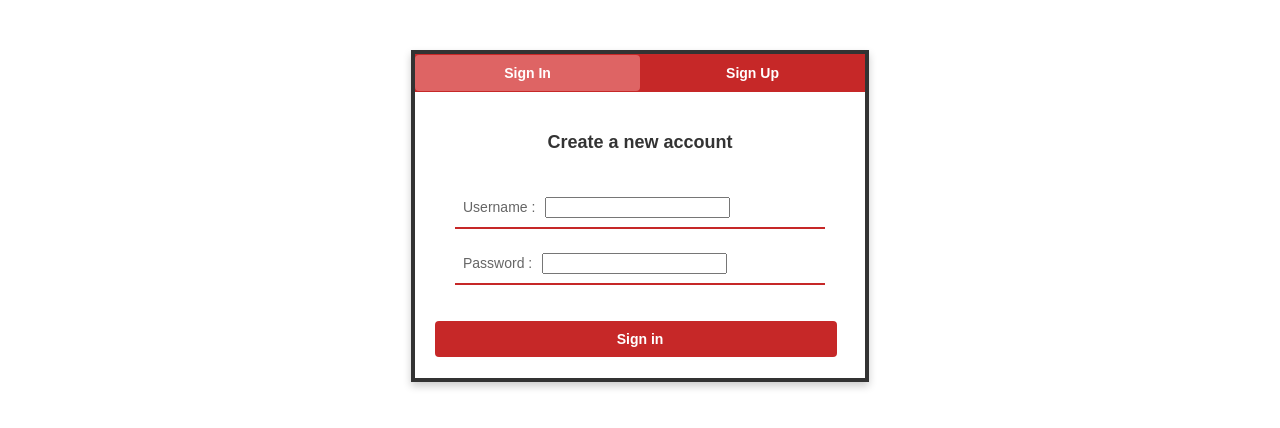
Repository: sebounti/holbertonschool-cinema-guru
Page: / (app in cinema-guru/)
The author's editor kept a copy of each file at every save. The page is drawn from the files as they stood at one save, then again after the next save.
The browser window is 1280 px wide. The pictures show the whole page.
The project was rebuilt for these pictures with package versions that can differ from the ones it lists, and the page was loaded fresh each time. Also part of the build but not shown: cinema-guru/src/routes/dashboard/dashboard.css, cinema-guru/src/components/navigation/navigation.css, cinema-guru/src/components/navigation/Header.js, cinema-guru/src/components/components.css, cinema-guru/src/components/Activity.js, cinema-guru/src/components/navigation/SideBar.js, cinema-guru/src/components/movies/movies.css, cinema-guru/src/components/movies/MovieCard.js and 9 more.

Above is the page before, as saved 2024-10-29 10:04:43.

After the next save:
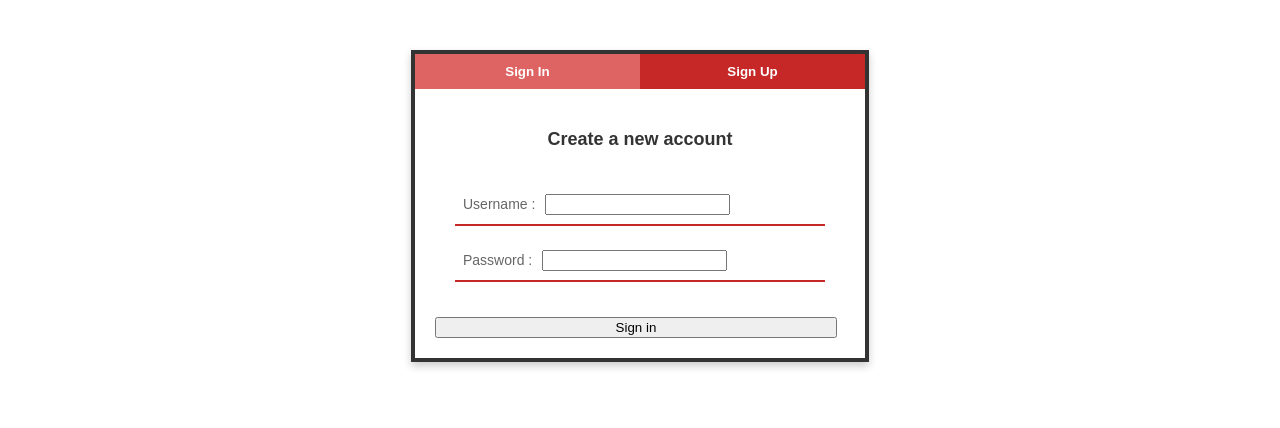
Saved 4 days later.
--- a/cinema-guru/src/components/general/Button.js
+++ b/cinema-guru/src/components/general/Button.js
@@ -1,21 +1,14 @@
-// src/components/general/Button.js
-import React from 'react';
-import PropTypes from 'prop-types';
-import './general.css';
+import React from "react";
+import "./general.css";
+import { FontAwesomeIcon } from "@fortawesome/react-fontawesome";
 
-export default function Button({ label, className, onClick, icon }) {
+const Button = ({ label, type = "button", className = "", onClick, icon }) => {
   return (
-    <button onClick={onClick} className={`button ${className}`}>
-      {icon && <span className="button-icon">{icon}</span>}
-      <span>{label}</span>
+    <button type={type} className={`btn ${className}`} onClick={onClick}>
+      {icon && <FontAwesomeIcon icon={icon} />}
+      {label}
     </button>
   );
-}
+};
 
-// PropTypes pour la validation des props
-Button.propTypes = {
-  label: PropTypes.string.isRequired,
-  className: PropTypes.string,
-  onClick: PropTypes.func.isRequired,
-  icon: PropTypes.element,
-};
+export default Button;
